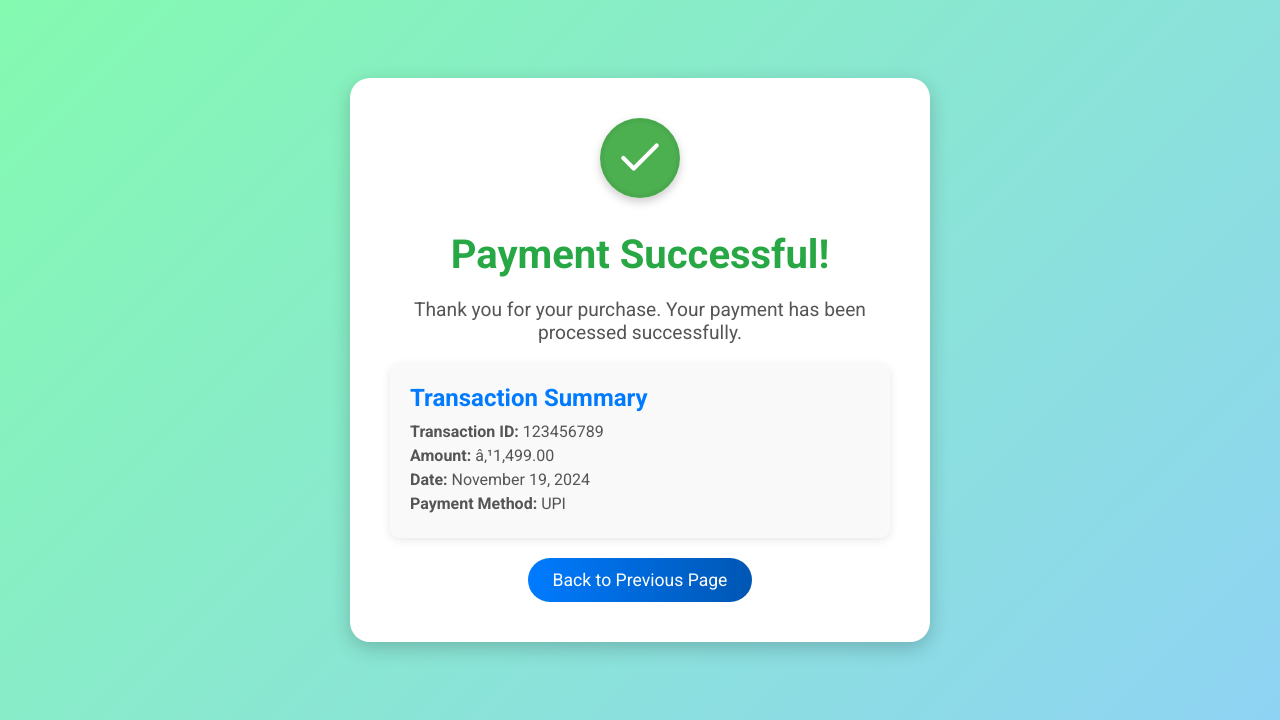
Repository: Masood395/Food-App
Page: http://localhost/FoodApp/paymentConfirmation.jsp
An editor plug-in stored every save of this project. The page is shown before and after the next save, followed by the edit.
The browser window is 1280 px wide. The pictures show the whole page.
The page is served by Tomcat 9. Other server files are loaded and not shown.

Above is the page before, as saved 2024-11-20 08:59:59.

### FoodApp/src/main/webapp/paymentConfirmation.jsp
<!DOCTYPE html>
<html lang="en">
<head>
    <meta charset="UTF-8">
    <title>Payment Confirmation</title>
    <link href="https://fonts.googleapis.com/css2?family=Roboto:wght@400;700&display=swap" rel="stylesheet">
    <style>
        /* General Styling */
        body {
            display: flex;
            justify-content: center;
            align-items: center;
            height: 100vh;
            margin: 0;
            background: linear-gradient(135deg, #84fab0, #8fd3f4);
            font-family: 'Roboto', sans-serif;
            animation: fadeIn 1s ease-in-out;
        }

        @keyframes fadeIn {
            from { opacity: 0; }
            to { opacity: 1; }
        }

        /* Confirmation Container */
        .confirmation-container {
            background: #ffffff;
            padding: 40px;
            border-radius: 20px;
            box-shadow: 0 6px 20px rgba(0, 0, 0, 0.2);
            text-align: center;
            max-width: 500px;
            width: 90%;
            position: relative;
            animation: slideIn 0.8s ease-out;
        }

        @keyframes slideIn {
            from { transform: scale(0.9); opacity: 0; }
            to { transform: scale(1); opacity: 1; }
        }

        /* Success Icon */
        .success-icon {
            width: 80px;
            height: 80px;
            margin: 0 auto 20px;
            background: radial-gradient(circle, #4CAF50 60%, #388E3C);
            border-radius: 50%;
            display: flex;
            justify-content: center;
            align-items: center;
            box-shadow: 0 4px 10px rgba(0, 0, 0, 0.2);
            animation: pop 0.8s ease-out;
        }

        @keyframes pop {
            0% { transform: scale(0); }
            70% { transform: scale(1.2); }
            100% { transform: scale(1); }
        }

        .success-icon svg {
            width: 50px;
            height: 50px;
            stroke: #ffffff;
        }

        /* Confirmation Message */
        .confirmation-container h2 {
            color: #28a745;
            font-size: 2.5em;
            margin-bottom: 10px;
            animation: fadeInText 0.6s ease-in-out;
        }

        @keyframes fadeInText {
            from { opacity: 0; transform: translateY(10px); }
            to { opacity: 1; transform: translateY(0); }
        }

        .confirmation-container p {
            font-size: 1.2em;
            margin: 20px 0;
            color: #555;
        }

        /* Transaction Summary */
        .transaction-summary {
            background: #f9f9f9;
            border-radius: 10px;
            padding: 20px;
            margin: 20px 0;
            box-shadow: 0 2px 10px rgba(0, 0, 0, 0.1);
            text-align: left;
            animation: fadeInText 0.8s ease-in-out;
        }

        .transaction-summary h3 {
            margin: 0 0 10px;
            color: #007bff;
            font-size: 1.5em;
        }

        .transaction-summary p {
            margin: 5px 0;
            font-size: 1em;
        }

        /* Back Button */
        .confirmation-container .back-button {
            background: linear-gradient(to right, #007bff, #0056b3);
            color: white;
            padding: 12px 25px;
            border: none;
            border-radius: 50px;
            cursor: pointer;
            text-decoration: none;
            font-size: 1.1em;
            transition: transform 0.3s ease, background 0.3s ease;
            display: inline-block;
        }

        .confirmation-container .back-button:hover {
            background: linear-gradient(to right, #0056b3, #004494);
            transform: scale(1.05);
        }

        /* Responsive Design */
        @media (max-width: 600px) {
            .confirmation-container {
                padding: 20px;
            }

            .confirmation-container h2 {
                font-size: 2em;
            }

            .transaction-summary h3 {
                font-size: 1.3em;
            }
        }
    </style>
</head>
<body>

<div class="confirmation-container">
    <!-- Success Icon -->
    <div class="success-icon">
        <svg xmlns="http://www.w3.org/2000/svg" viewBox="0 0 24 24" fill="none" stroke-width="2" stroke-linecap="round" stroke-linejoin="round">
            <path d="M20 6L9 17l-5-5"></path>
        </svg>
    </div>

    <h2>Payment Successful!</h2>
    <p>Thank you for your purchase. Your payment has been processed successfully.</p>

    <div class="transaction-summary">
        <h3>Transaction Summary</h3>
        <p><strong>Transaction ID:</strong> 123456789</p>
        <p><strong>Amount:</strong> ₹1,499.00</p>
        <p><strong>Date:</strong> November 19, 2024</p>
        <p><strong>Payment Method:</strong> UPI</p>
    </div>

    <a href="javascript:history.back();" class="back-button">Back to Previous Page</a>
</div>

</body>
</html>

After the next save:
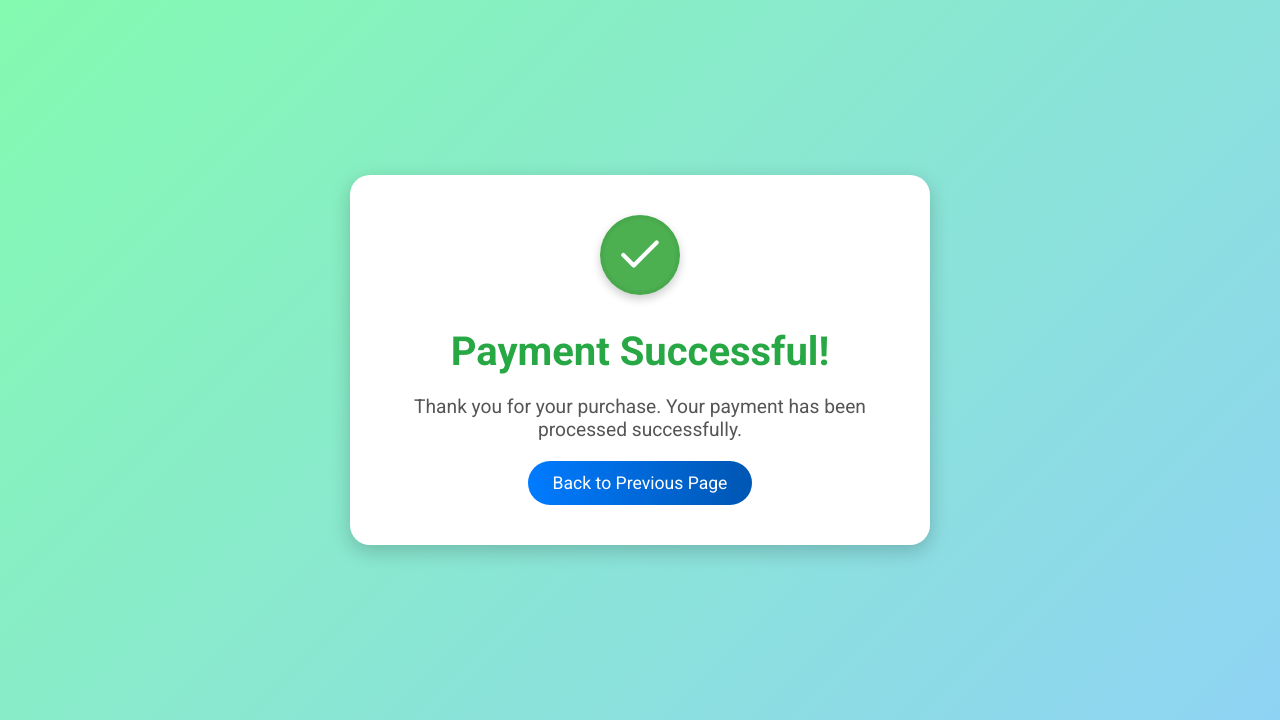
Saved 2 min 9 s later.
--- a/FoodApp/src/main/webapp/paymentConfirmation.jsp
+++ b/FoodApp/src/main/webapp/paymentConfirmation.jsp
@@ -1,4 +1,4 @@
-<!DOCTYPE html>
+<!-- <!DOCTYPE html>
 <html lang="en">
 <head>
     <meta charset="UTF-8">
@@ -145,7 +145,7 @@
 <body>
 
 <div class="confirmation-container">
-    <!-- Success Icon -->
+    Success Icon
     <div class="success-icon">
         <svg xmlns="http://www.w3.org/2000/svg" viewBox="0 0 24 24" fill="none" stroke-width="2" stroke-linecap="round" stroke-linejoin="round">
             <path d="M20 6L9 17l-5-5"></path>
@@ -168,3 +168,147 @@
 
 </body>
 </html>
+ -->
+
+
+
+
+
+
+
+ <!DOCTYPE html>
+<html lang="en">
+<head>
+    <meta charset="UTF-8">
+    <title>Payment Confirmation</title>
+    <link href="https://fonts.googleapis.com/css2?family=Roboto:wght@400;700&display=swap" rel="stylesheet">
+    <style>
+        /* General Styling */
+        body {
+            display: flex;
+            justify-content: center;
+            align-items: center;
+            height: 100vh;
+            margin: 0;
+            background: linear-gradient(135deg, #84fab0, #8fd3f4);
+            font-family: 'Roboto', sans-serif;
+            animation: fadeIn 1s ease-in-out;
+        }
+
+        @keyframes fadeIn {
+            from { opacity: 0; }
+            to { opacity: 1; }
+        }
+
+        /* Confirmation Container */
+        .confirmation-container {
+            background: #ffffff;
+            padding: 40px;
+            border-radius: 20px;
+            box-shadow: 0 6px 20px rgba(0, 0, 0, 0.2);
+            text-align: center;
+            max-width: 500px;
+            width: 90%;
+            position: relative;
+            animation: slideIn 0.8s ease-out;
+        }
+
+        @keyframes slideIn {
+            from { transform: scale(0.9); opacity: 0; }
+            to { transform: scale(1); opacity: 1; }
+        }
+
+        /* Success Icon */
+        .success-icon {
+            width: 80px;
+            height: 80px;
+            margin: 0 auto 20px;
+            background: radial-gradient(circle, #4CAF50 60%, #388E3C);
+            border-radius: 50%;
+            display: flex;
+            justify-content: center;
+            align-items: center;
+            box-shadow: 0 4px 10px rgba(0, 0, 0, 0.2);
+            animation: pop 0.8s ease-out;
+        }
+
+        @keyframes pop {
+            0% { transform: scale(0); }
+            70% { transform: scale(1.2); }
+            100% { transform: scale(1); }
+        }
+
+        .success-icon svg {
+            width: 50px;
+            height: 50px;
+            stroke: #ffffff;
+        }
+
+        /* Confirmation Message */
+        .confirmation-container h2 {
+            color: #28a745;
+            font-size: 2.5em;
+            margin-bottom: 10px;
+            animation: fadeInText 0.6s ease-in-out;
+        }
+
+        @keyframes fadeInText {
+            from { opacity: 0; transform: translateY(10px); }
+            to { opacity: 1; transform: translateY(0); }
+        }
+
+        .confirmation-container p {
+            font-size: 1.2em;
+            margin: 20px 0;
+            color: #555;
+        }
+
+        /* Back Button */
+        .confirmation-container .back-button {
+            background: linear-gradient(to right, #007bff, #0056b3);
+            color: white;
+            padding: 12px 25px;
+            border: none;
+            border-radius: 50px;
+            cursor: pointer;
+            text-decoration: none;
+            font-size: 1.1em;
+            transition: transform 0.3s ease, background 0.3s ease;
+            display: inline-block;
+        }
+
+        .confirmation-container .back-button:hover {
+            background: linear-gradient(to right, #0056b3, #004494);
+            transform: scale(1.05);
+        }
+
+        /* Responsive Design */
+        @media (max-width: 600px) {
+            .confirmation-container {
+                padding: 20px;
+            }
+
+            .confirmation-container h2 {
+                font-size: 2em;
+            }
+        }
+    </style>
+</head>
+<body>
+
+<div class="confirmation-container">
+    <!-- Success Icon -->
+    <div class="success-icon">
+        <svg xmlns="http://www.w3.org/2000/svg" viewBox="0 0 24 24" fill="none" stroke-width="2" stroke-linecap="round" stroke-linejoin="round">
+            <path d="M20 6L9 17l-5-5"></path>
+        </svg>
+    </div>
+
+    <h2>Payment Successful!</h2>
+    <p>Thank you for your purchase. Your payment has been processed successfully.</p>
+
+    <a href="javascript:history.back();" class="back-button">Back to Previous Page</a>
+</div>
+
+</body>
+</html>
